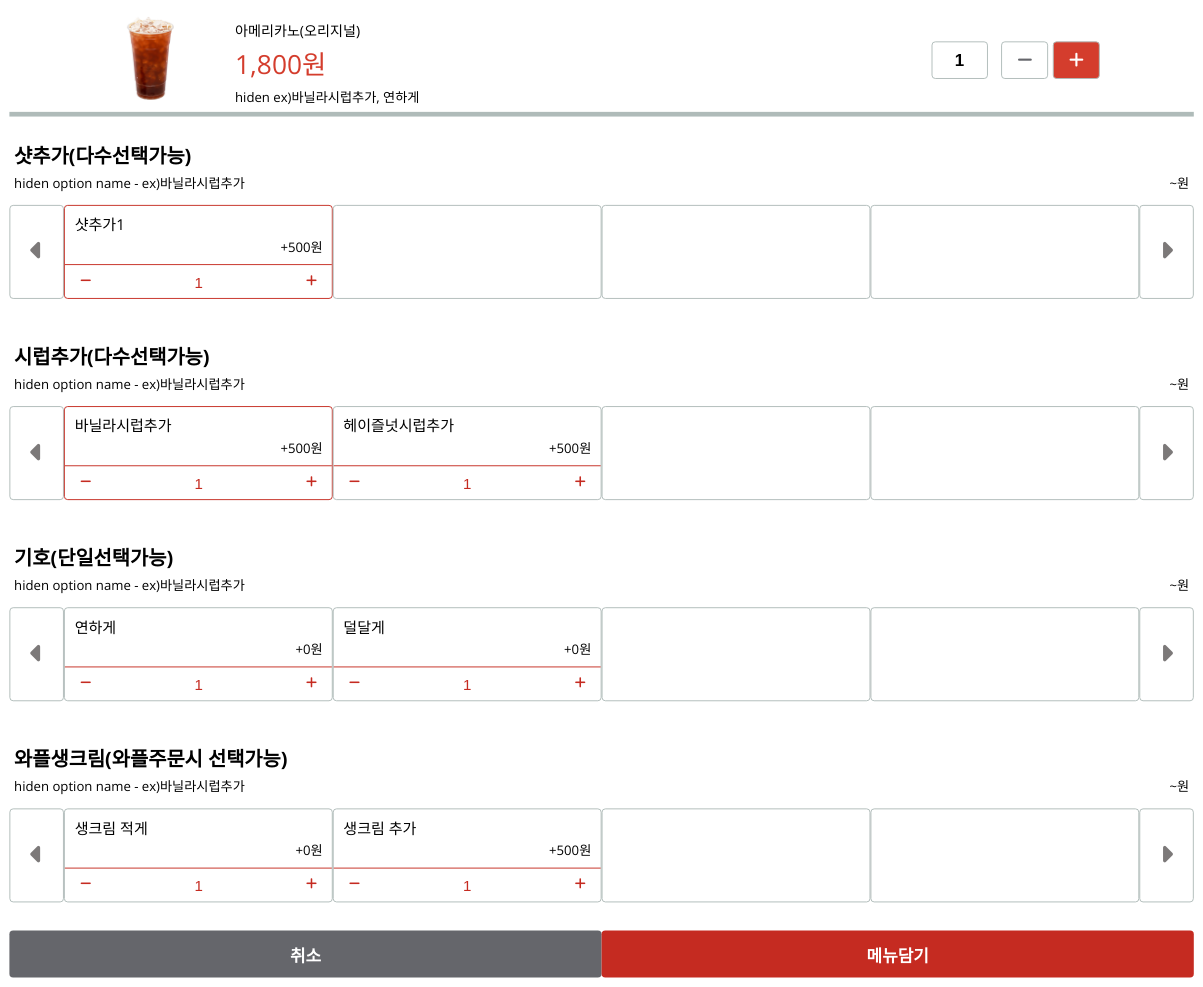
Repository: leebo-ram/tripleacoffee
Page: popup/options.html
The author's editor kept a copy of each file at every save. The page is drawn from the files as they stood at one save, then again after the next save.
The browser window is 1280 px wide. The pictures show the whole page, at 94% of full size.
Some web libraries are served in a nearby version.

Above is the page before, as saved 2023-01-01 00:33:22.

### popup/options.html
<!DOCTYPE html>
<html lang="en">

<head>
  <meta charset="UTF-8">
  <meta http-equiv="X-UA-Compatible" content="IE=edge">
  <meta name="viewport" content="width=device-width, initial-scale=1.0">
  <title>Select options(옵션선택)</title>
  <meta name="description"
    content="tripleacoffee Portfolio for world-renowned software engineer Lee Bo-ram and Byeon Sang-woo">

  <link rel="icon" type="image/png" href="../img/0_logo/logo_h.jpg" />

  <!-- 무료icon 적용하기 -->
  <script src="https://kit.fontawesome.com/24a94e1bce.js" crossorigin="anonymous"></script>


  <!-- 글씨체 적용하기 -->
  <link href="https://fonts.googleapis.com/css2?family=Open+Sans:wght@400;600;700&display=swap" rel="stylesheet">
  <!-- css(font-글씨체) : font-family: 'Open Sans', sans-serif;-->

  <link rel="stylesheet" href="../style2.css">
  <script src="../options.js" defer></script>

</head>

<body>
  <!-- 메뉴 보이기  -->
  <section id="showMenu">
    <!-- 선택한 메뉴 보이기 -->
    <div class="show__menu">
      <img class="showMenu__img" src="../img/1_COFFEE/1_아메리카노.png" alt="아메리카노" />
    </div>

    <div class="showMenu__description">
      <p>아메리카노(오리지널)</p>
      <p class="showMenu__description_price">1,800원</p>
      <p class="option__text select__option nonselect__hiden">hiden ex)바닐라시럽추가, 연하게</p>
    </div>

    <!-- 선택한 메뉴 수량 증감Btn -->
    <div class="plusMinus">
      <input type="text" value="1" class="prod-quantity__input__menu" maxlength="2" autocomplete="off">

      <button class="showMenu__btn showMenu__minus__btn">
        <i class="fas fa-minus"></i>
      </button>

      <button class="showMenu__btn showMenu__plus__btn">
        <i class="fas fa-plus"></i>
      </button>
    </div>
  </section>
  <!-- option__discription!! -->
  <!-- 옵션사항 - 샷추가 -->
  <section id="options">
    <div class="option__discription">
      <h3>샷추가(다수선택가능)</h3>
      <ul class="option__text__hiden">
        <li>hiden option name - ex)바닐라시럽추가</li>
        <li> ~원</li>
      </ul>
    </div>

    <div class="prod-buy__quantity">

      <!-- arrow Btn(양끝 btn) -->
      <button class="options__arrow__left">
        <i class="fas fa-caret-left"></i>
      </button>
      <button class="options__arrow__right">
        <i class="fas fa-caret-right"></i>
      </button>

      <div class="prod-quantity__form selected">
        <p class="quantity__biscriptipn">샷추가1</p>
        <p class="quantity__price">+500원</p>

        <!-- 옵션 수량 증감Btn -->
        <div class="option__plusMinus">
          <input type="text" value="1" maxlength="2" autocomplete="off">

          <!-- plus botton -->
          <button class="prod-quantity__plus" type="button">
            <i class="fas fa-plus"></i>
          </button>

          <!-- minus botton -->
          <button class="prod-quantity__minus" type="button">
            <i class="fas fa-minus"></i>
          </button>
        </div>
      </div>

      <div class="prod-quantity__form">
        <!-- <p class="quantity__biscriptipn ">샷추가2</p>
                  <p class="quantity__price">+500원</p> -->

        <!-- 옵션 수량 증감Btn -->
        <!-- <div class="option__plusMinus">
                    <input type="text" value="1" maxlength="2" autocomplete="off"> -->

        <!-- plus botton -->
        <!-- <button class="prod-quantity__plus" type="button">
                      <i class="fas fa-plus"></i>
                    </button> -->

        <!-- minus botton -->
        <!-- <button class="prod-quantity__minus" type="button">
                      <i class="fas fa-minus"></i>
                    </button>
                  </div> -->
      </div>

      <div class="prod-quantity__form">
        <!-- <p class="quantity__biscriptipn ">샷추가3</p>
              <p class="quantity__price">+500원</p> -->

        <!-- 옵션 수량 증감Btn -->
        <!-- <div class="option__plusMinus ">
                <input type="text" value="1" maxlength="2" autocomplete="off"> -->

        <!-- plus botton -->
        <!-- <button class="prod-quantity__plus" type="button">
                  <i class="fas fa-plus"></i>
                </button> -->

        <!-- minus botton -->
        <!-- <button class="prod-quantity__minus" type="button">
                  <i class="fas fa-minus"></i>
                </button>
              </div> -->
      </div>

      <div class="prod-quantity__form">
        <!-- <p class="quantity__biscriptipn">샷추가4</p>
              <p class="quantity__price">+500원</p> -->

        <!-- 옵션 수량 증감Btn -->
        <!-- <div class="option__plusMinus">
                <input type="text" value="1" maxlength="2" autocomplete="off"> -->

        <!-- plus botton -->
        <!-- <button class="prod-quantity__plus" type="button">
                  <i class="fas fa-plus"></i>
                </button> -->

        <!-- minus botton -->
        <!-- <button class="prod-quantity__minus" type="button">
                  <i class="fas fa-minus"></i>
                </button>
              </div> -->
      </div>
    </div>
  </section>


  <!-- 옵션사항_시럽추가 -->
  <section id="options">
    <div class="option__discription">
      <h3>시럽추가(다수선택가능)</h3>
      <ul class="option__text__hiden">
        <li>hiden option name - ex)바닐라시럽추가</li>
        <li> ~원</li>
      </ul>
    </div>

    <div class="prod-buy__quantity">
      <!-- arrow Btn -->
      <button class="options__arrow__left">
        <i class="fas fa-caret-left"></i>
      </button>
      <button class="options__arrow__right">
        <i class="fas fa-caret-right"></i>
      </button>

      <div class="prod-quantity__form selected">
        <p class="quantity__biscriptipn">바닐라시럽추가</p>
        <p class="quantity__price">+500원</p>

        <!-- 옵션 수량 증감Btn -->
        <div class="option__plusMinus">
          <input type="text" value="1" maxlength="2" autocomplete="off">

          <!-- plus botton -->
          <button class="prod-quantity__plus" type="button">
            <i class="fas fa-plus"></i>
          </button>

          <!-- minus botton -->
          <button class="prod-quantity__minus" type="button">
            <i class="fas fa-minus"></i>
          </button>
        </div>
      </div>

      <div class="prod-quantity__form">
        <p class="quantity__biscriptipn ">헤이즐넛시럽추가</p>
        <p class="quantity__price">+500원</p>

        <!-- 옵션 수량 증감Btn -->
        <div class="option__plusMinus">
          <input type="text" value="1" maxlength="2" autocomplete="off">

          <!-- plus botton -->
          <button class="prod-quantity__plus" type="button">
            <i class="fas fa-plus"></i>
          </button>

          <!-- minus botton -->
          <button class="prod-quantity__minus" type="button">
            <i class="fas fa-minus"></i>
          </button>
        </div>
      </div>

      <div class="prod-quantity__form">
        <!-- <p class="quantity__biscriptipn ">샷추가3</p>
              <p class="quantity__price">+500원</p> -->

        <!-- 옵션 수량 증감Btn -->
        <!-- <div class="option__plusMinus ">
                <input type="text" value="1" maxlength="2" autocomplete="off"> -->

        <!-- plus botton -->
        <!-- <button class="prod-quantity__plus" type="button">
                  <i class="fas fa-plus"></i>
                </button> -->

        <!-- minus botton -->
        <!-- <button class="prod-quantity__minus" type="button">
                  <i class="fas fa-minus"></i>
                </button>
              </div> -->
      </div>

      <div class="prod-quantity__form">
        <!-- <p class="quantity__biscriptipn">샷추가4</p>
              <p class="quantity__price">+500원</p> -->

        <!-- 옵션 수량 증감Btn -->
        <!-- <div class="option__plusMinus">
                <input type="text" value="1" maxlength="2" autocomplete="off"> -->

        <!-- plus botton -->
        <!-- <button class="prod-quantity__plus" type="button">
                  <i class="fas fa-plus"></i>
                </button> -->

        <!-- minus botton -->
        <!-- <button class="prod-quantity__minus" type="button">
                  <i class="fas fa-minus"></i>
                </button>
              </div> -->
      </div>
    </div>
  </section>


  <!-- 옵션사항_기호(단일선택) -->
  <section id="options">
    <div class="option__discription">
      <h3>기호(단일선택가능)</h3>
      <ul class="option__text__hiden">
        <li>hiden option name - ex)바닐라시럽추가</li>
        <li> ~원</li>
      </ul>
    </div>

    <div class="prod-buy__quantity">
      <!-- arrow Btn -->
      <button class="options__arrow__left">
        <i class="fas fa-caret-left"></i>
      </button>
      <button class="options__arrow__right">
        <i class="fas fa-caret-right"></i>
      </button>

      <div class="prod-quantity__form">
        <p class="quantity__biscriptipn">연하게</p>
        <p class="quantity__price">+0원</p>

        <!-- 옵션 수량 증감Btn -->
        <div class="option__plusMinus">
          <input type="text" value="1" maxlength="2" autocomplete="off">

          <!-- plus botton -->
          <button class="prod-quantity__plus" type="button">
            <i class="fas fa-plus"></i>
          </button>

          <!-- minus botton -->
          <button class="prod-quantity__minus" type="button">
            <i class="fas fa-minus"></i>
          </button>
        </div>
      </div>

      <div class="prod-quantity__form">
        <p class="quantity__biscriptipn ">덜달게</p>
        <p class="quantity__price">+0원</p>

        <!-- 옵션 수량 증감Btn -->
        <div class="option__plusMinus">
          <input type="text" value="1" maxlength="2" autocomplete="off">

          <!-- plus botton -->
          <button class="prod-quantity__plus" type="button">
            <i class="fas fa-plus"></i>
          </button>

          <!-- minus botton -->
          <button class="prod-quantity__minus" type="button">
            <i class="fas fa-minus"></i>
          </button>
        </div>
      </div>

      <div class="prod-quantity__form">
        <!-- <p class="quantity__biscriptipn ">샷추가3</p>
              <p class="quantity__price">+500원</p> -->

        <!-- 옵션 수량 증감Btn -->
        <!-- <div class="option__plusMinus ">
                <input type="text" value="1" maxlength="2" autocomplete="off"> -->

        <!-- plus botton -->
        <!-- <button class="prod-quantity__plus" type="button">
                  <i class="fas fa-plus"></i>
                </button> -->

        <!-- minus botton -->
        <!-- <button class="prod-quantity__minus" type="button">
                  <i class="fas fa-minus"></i>
                </button>
              </div> -->
      </div>

      <div class="prod-quantity__form">
        <!-- <p class="quantity__biscriptipn">샷추가4</p>
              <p class="quantity__price">+500원</p> -->

        <!-- 옵션 수량 증감Btn -->
        <!-- <div class="option__plusMinus">
                <input type="text" value="1" maxlength="2" autocomplete="off"> -->

        <!-- plus botton -->
        <!-- <button class="prod-quantity__plus" type="button">
                  <i class="fas fa-plus"></i>
                </button> -->

        <!-- minus botton -->
        <!-- <button class="prod-quantity__minus" type="button">
                  <i class="fas fa-minus"></i>
                </button>
              </div> -->
      </div>
    </div>
  </section>


  <!-- 옵션사항_기호(단일선택):와플생크림 적게 -->
  <section id="options">
    <div class="option__discription">
      <h3 class="option__text">와플생크림(와플주문시 선택가능)</h3>
      <ul class="option__text__hiden">
        <li class="nonSelect__hiden">hiden option name - ex)바닐라시럽추가</li>
        <li class="nonSelect__hiden"> ~원</li>
      </ul>
    </div>

    <div class="prod-buy__quantity">
      <!-- arrow Btn -->
      <button class="options__arrow__left">
        <i class="fas fa-caret-left"></i>
      </button>
      <button class="options__arrow__right">
        <i class="fas fa-caret-right"></i>
      </button>

      <div class="prod-quantity__form">
        <p class="quantity__biscriptipn">생크림 적게</p>
        <p class="quantity__price">+0원</p>

        <!-- 옵션 수량 증감Btn -->
        <div class="option__plusMinus">
          <input type="text" value="1" maxlength="2" autocomplete="off">

          <!-- plus botton -->
          <button class="prod-quantity__plus" type="button">
            <i class="fas fa-plus"></i>
          </button>

          <!-- minus botton -->
          <button class="prod-quantity__minus" type="button">
            <i class="fas fa-minus"></i>
          </button>
        </div>
      </div>

      <div class="prod-quantity__form">
        <p class="quantity__biscriptipn ">생크림 추가</p>
        <p class="quantity__price">+500원</p>

        <!-- 옵션 수량 증감Btn -->
        <div class="option__plusMinus">
          <input type="text" value="1" maxlength="2" autocomplete="off">

          <!-- plus botton -->
          <button class="prod-quantity__plus" type="button">
            <i class="fas fa-plus"></i>
          </button>

          <!-- minus botton -->
          <button class="prod-quantity__minus" type="button">
            <i class="fas fa-minus"></i>
          </button>
        </div>
      </div>

      <div class="prod-quantity__form">
        <!-- <p class="quantity__biscriptipn ">샷추가3</p>
              <p class="quantity__price">+500원</p> -->

        <!-- 옵션 수량 증감Btn -->
        <!-- <div class="option__plusMinus ">
                <input type="text" value="1" maxlength="2" autocomplete="off"> -->

        <!-- plus botton -->
        <!-- <button class="prod-quantity__plus" type="button">
                  <i class="fas fa-plus"></i>
                </button> -->

        <!-- minus botton -->
        <!-- <button class="prod-quantity__minus" type="button">
                  <i class="fas fa-minus"></i>
                </button>
              </div> -->
      </div>

      <div class="prod-quantity__form">
        <!-- <p class="quantity__biscriptipn">샷추가4</p>
              <p class="quantity__price">+500원</p> -->

        <!-- 옵션 수량 증감Btn -->
        <!-- <div class="option__plusMinus">
                <input type="text" value="1" maxlength="2" autocomplete="off"> -->

        <!-- plus botton -->
        <!-- <button class="prod-quantity__plus" type="button">
                  <i class="fas fa-plus"></i>
                </button> -->

        <!-- minus botton -->
        <!-- <button class="prod-quantity__minus" type="button">
                  <i class="fas fa-minus"></i>
                </button>
              </div> -->
      </div>
    </div>
  </section>



  <!-- 취소, 메뉴담기 btn -->
  <section id="carts">
    <div class="cart">
      <a href="../menu/menu_v2.html">
        <button class="cart_btn cart__cansle__Btn">취소</button>
      </a>
    </div>
    <div class="cart">
      <button class="cart_btn cart__ok__Btn">메뉴담기</button>
    </div>
  </section>

</body>

</html>

Loaded but not shown: options.js (17 lines, source omitted); style2.css (1076 lines, source omitted)

After the next save:
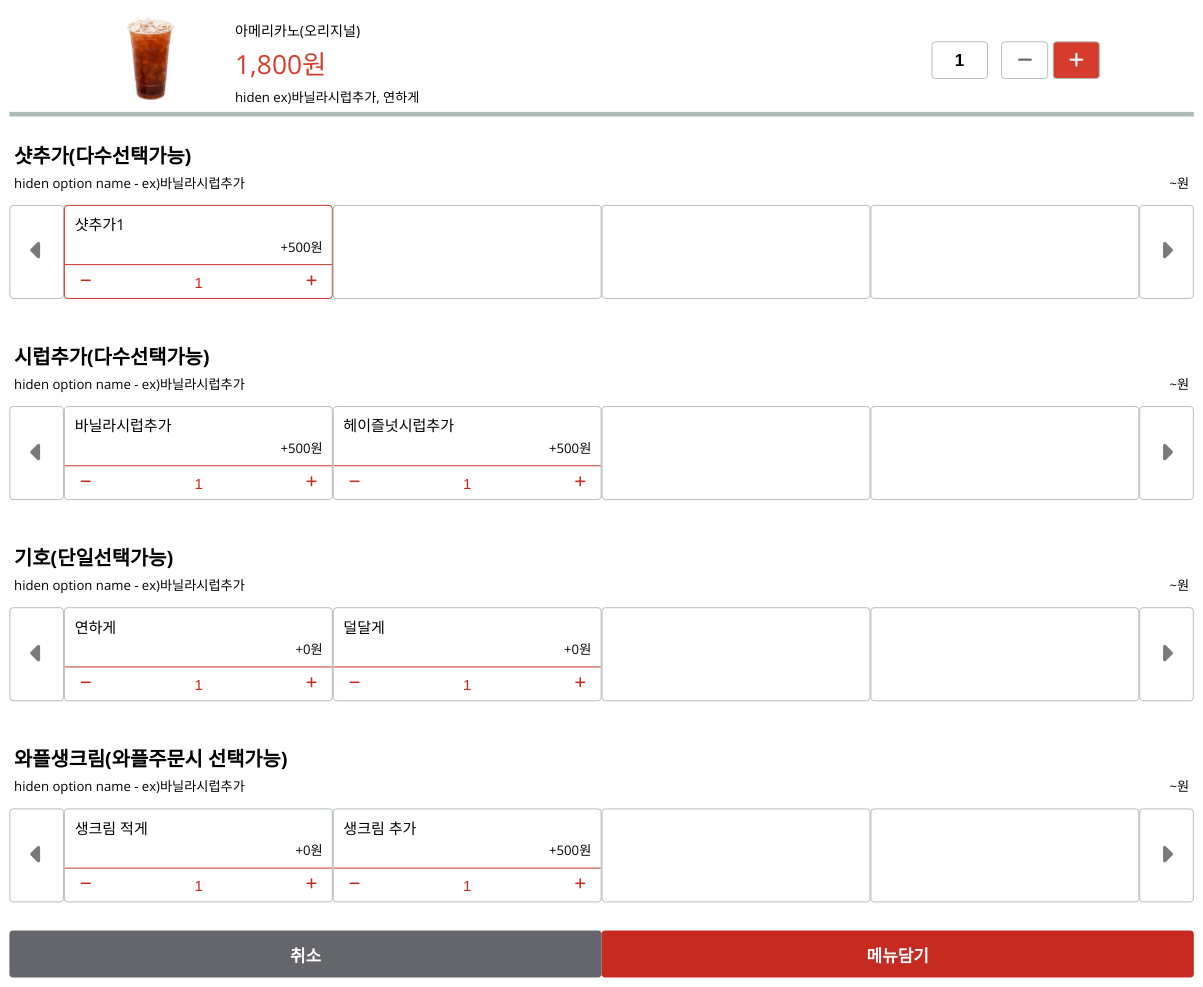
Saved 74 s later.
--- a/popup/options.html
+++ b/popup/options.html
@@ -174,7 +174,7 @@
         <i class="fas fa-caret-right"></i>
       </button>
 
-      <div class="prod-quantity__form selected">
+      <div class="prod-quantity__form ">
         <p class="quantity__biscriptipn">바닐라시럽추가</p>
         <p class="quantity__price">+500원</p>
 

After the save that followed:
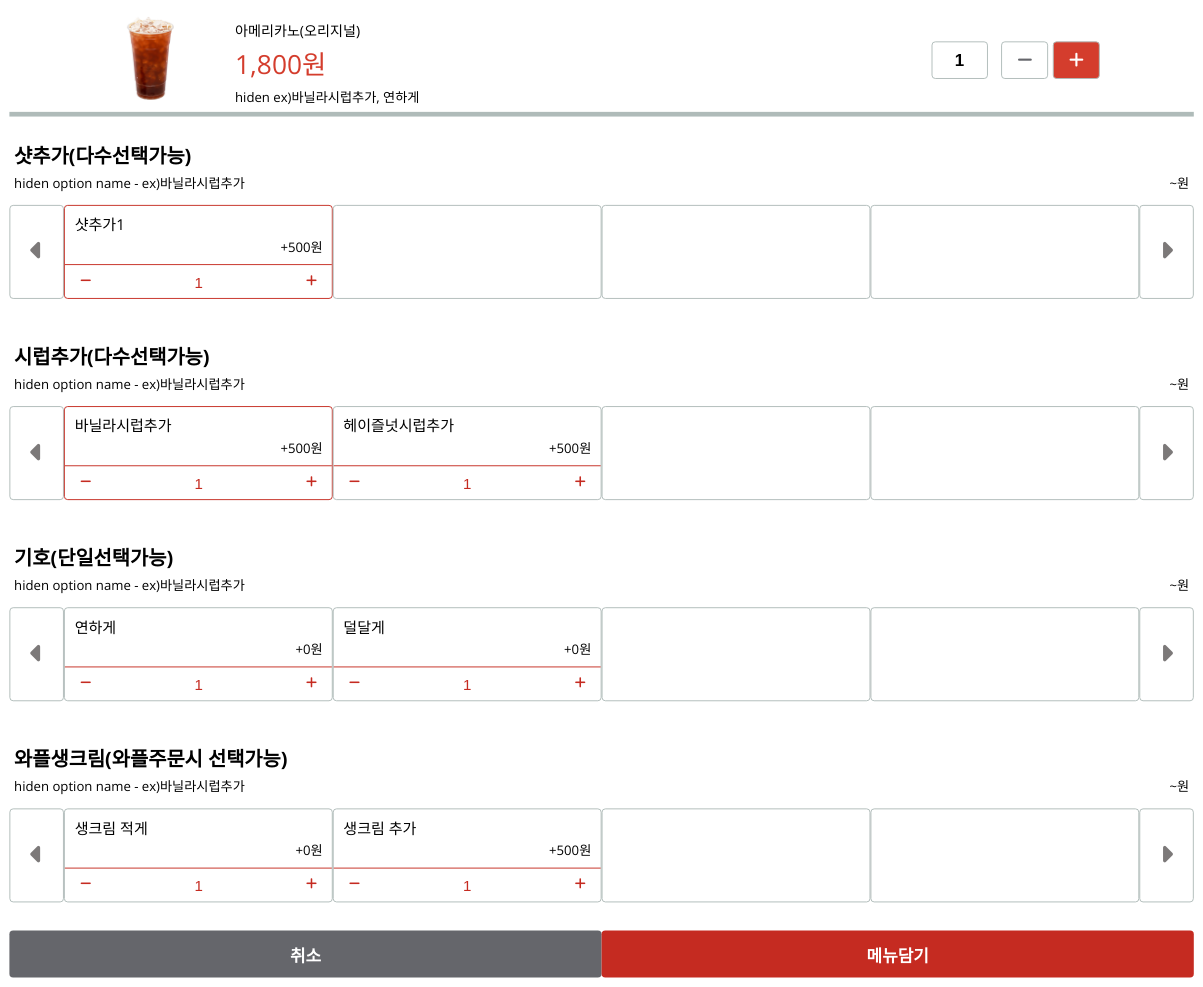
Saved 8 s later.
--- a/popup/options.html
+++ b/popup/options.html
@@ -174,7 +174,7 @@
         <i class="fas fa-caret-right"></i>
       </button>
 
-      <div class="prod-quantity__form ">
+      <div class="prod-quantity__form selected">
         <p class="quantity__biscriptipn">바닐라시럽추가</p>
         <p class="quantity__price">+500원</p>
 
